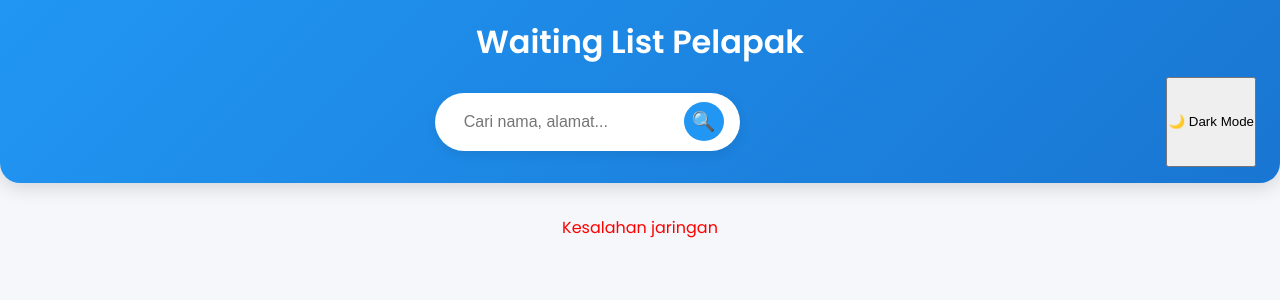
Repository: pasarrakyatbak/WaitingListforPanitia
Page: index.html
The author's editor kept a copy of each file at every save. The page is drawn from the files as they stood at one save, then again after the next save.
The browser window is 1280 px wide. The pictures show the whole page.
The page's requests for data from a server got no answer.

Above is the page before, as saved 2025-09-25 16:35:15.

### index.html
<!DOCTYPE html>
<html lang="id">

<head>
    <meta charset="UTF-8">
    <meta name="viewport" content="width=device-width, initial-scale=1.0">
    <title>Waiting List Pelapak</title>
    <link href="https://fonts.googleapis.com/css2?family=Poppins:wght@400;500;600&display=swap" rel="stylesheet">
    <link rel="stylesheet" href="style.css">
</head>

<body>
    <!-- App Bar -->
    <div class="app-bar">
        <h1>Waiting List Pelapak</h1>
        <div class="header-actions">
            <div class="search-container">
                <input type="text" id="searchInput" placeholder="Cari nama, alamat...">
                <button id="searchBtn">🔍</button>
            </div>
            <button id="darkSwitch">🌙 Dark Mode</button>
        </div>
    </div>

    <!-- Loader -->
    <div class="loader hidden" id="loader">
        <div class="spinner"></div>
        <div>Memuat data...</div>
    </div>

    <!-- List Container -->
    <div class="grid" id="listContainer"></div>

    <!-- Pagination -->
    <div class="pagination" id="pagination"></div>

    <!-- Modal -->
    <div class="modal hidden" id="modal">
        <div class="modal-content">
            <div id="modalMessage"></div>
            <div class="modal-actions">
                <button class="btn secondary" id="cancelBtn">Batal</button>
                <button class="btn primary" id="confirmBtn">
                    <span class="btn-text">Ya</span>
                    <span class="btn-spinner hidden"></span>
                </button>
            </div>
        </div>
    </div>

    <!-- Toast -->
    <div class="toast hidden" id="toast">
        <span id="toastMessage"></span>
        <button id="toastClose">✖</button>
    </div>

    <script src="script.js"></script>
</body>

</html>

### style.css
/* Reset & Global */
* {
    margin: 0;
    padding: 0;
    box-sizing: border-box;
}

body {
    font-family: "Poppins", sans-serif;
    background: #f5f7fa;
    color: #212121;
    display: flex;
    flex-direction: column;
    min-height: 100vh;
    transition: background 0.4s, color 0.4s;
    line-height: 1.6;
}

/* 🌙 Dark Mode Global */
body.dark {
    background: #121212;
    color: #e0e0e0;
}

/* App Bar */
.app-bar {
    background: linear-gradient(135deg, #2196f3, #1976d2);
    color: #fff;
    padding: 1rem 1.5rem;
    text-align: center;
    box-shadow: 0 4px 20px rgba(0, 0, 0, 0.15);
    position: sticky;
    top: 0;
    z-index: 100;
    border-bottom-left-radius: 20px;
    border-bottom-right-radius: 20px;
    transition: background 0.4s, box-shadow 0.4s;
}

.app-bar h1 {
    font-size: 1.8rem;
    font-weight: 600;
}

.header-actions {
    display: flex;
    justify-content: center;
    gap: 1rem;
    flex-wrap: wrap;
    margin-top: 0.6rem;
}

/* 🌙 Dark Mode App Bar */
body.dark .app-bar {
    background: linear-gradient(135deg, #0d47a1, #1565c0);
    box-shadow: 0 4px 20px rgba(255, 255, 255, 0.1);
}

/* 🔍 Search Container */
.search-container {
    display: flex;
    align-items: center;
    background: #fff;
    border-radius: 40px;
    padding: 0.6rem 1rem;
    box-shadow: 0 4px 12px rgba(0, 0, 0, 0.08);
    transition: all 0.3s ease;
    max-width: 500px;
    margin: 1rem auto;
}

.search-container:focus-within {
    box-shadow: 0 6px 16px rgba(33, 150, 243, 0.4);
    transform: translateY(-2px);
}

.search-container input {
    flex: 1;
    border: none;
    outline: none;
    padding: 0.6rem 0.8rem;
    font-size: 1rem;
    background: transparent;
    color: inherit;
}

.search-container button {
    background: #2196f3;
    border: none;
    color: #fff;
    font-size: 1.2rem;
    padding: 0.5rem;
    border-radius: 50%;
    cursor: pointer;
    transition: background 0.3s, transform 0.2s;
}

.search-container button:hover {
    background: #1976d2;
    transform: scale(1.1);
}

/* 🌙 Dark Mode Search */
body.dark .search-container {
    background: #1f1f1f;
    box-shadow: 0 4px 12px rgba(255, 255, 255, 0.05);
}

body.dark .search-container input {
    color: #e0e0e0;
}

body.dark .search-container button {
    background: #90caf9;
    color: #121212;
}

body.dark .search-container button:hover {
    background: #64b5f6;
}

/* 🌙 Dark Mode Toggle Button */
.dark-toggle {
    display: flex;
    align-items: center;
    justify-content: center;
    gap: 0.4rem;
    padding: 0.6rem 1rem;
    margin: 0.6rem auto;
    border: none;
    border-radius: 30px;
    background: linear-gradient(135deg, #eeeeee, #e0e0e0);
    color: #333;
    font-weight: 500;
    cursor: pointer;
    box-shadow: 0 3px 8px rgba(0, 0, 0, 0.15);
    transition: all 0.3s ease;
}

.dark-toggle:hover {
    background: linear-gradient(135deg, #e0e0e0, #d5d5d5);
    transform: translateY(-2px);
}

body.dark .dark-toggle {
    background: linear-gradient(135deg, #2c2c2c, #1e1e1e);
    color: #e0e0e0;
    box-shadow: 0 3px 8px rgba(255, 255, 255, 0.05);
}

/* Loader */
.loader {
    display: flex;
    flex-direction: column;
    align-items: center;
    margin: 2rem 0;
    gap: 0.8rem;
}

.loader.hidden {
    display: none;
}

.spinner {
    border: 4px solid #e0e0e0;
    border-top: 4px solid #2196f3;
    border-radius: 50%;
    width: 40px;
    height: 40px;
    animation: spin 1s linear infinite;
}

@keyframes spin {
    100% {
        transform: rotate(360deg);
    }
}

/* 🌙 Dark Mode Loader */
body.dark .spinner {
    border: 4px solid #444;
    border-top: 4px solid #90caf9;
}

/* Grid */
.grid {
    display: grid;
    grid-template-columns: repeat(auto-fit, minmax(260px, 1fr));
    gap: 1.5rem;
    padding: 1.5rem;
}

/* Card */
.card {
    position: relative;
    background: #fff;
    border-radius: 16px;
    padding: 1.5rem;
    box-shadow: 0 6px 20px rgba(0, 0, 0, 0.08);
    transition: transform 0.3s, box-shadow 0.3s, background 0.4s, color 0.4s;
    display: flex;
    flex-direction: column;
}

.card:hover {
    transform: translateY(-6px);
    box-shadow: 0 12px 30px rgba(0, 0, 0, 0.15);
}

.card .title {
    font-weight: 600;
    font-size: 1.5rem;
    margin-bottom: 0.5rem;
}

.card .subtitle {
    font-size: 1rem;
    color: #666;
}

/* 🌙 Dark Mode Card */
body.dark .card {
    background: #1e1e1e;
    color: #e0e0e0;
    box-shadow: 0 6px 20px rgba(255, 255, 255, 0.05);
}

body.dark .card:hover {
    box-shadow: 0 12px 30px rgba(255, 255, 255, 0.1);
}

body.dark .card .subtitle {
    color: #bdbdbd;
}

/* Modal */
.modal {
    position: fixed;
    inset: 0;
    background: rgba(0, 0, 0, 0.45);
    display: flex;
    align-items: center;
    justify-content: center;
    z-index: 1000;
}

.modal.hidden {
    display: none;
}

.modal-content {
    background: #fff;
    padding: 2rem;
    border-radius: 20px;
    max-width: 400px;
    width: 90%;
    text-align: center;
    box-shadow: 0 10px 30px rgba(0, 0, 0, 0.2);
    animation: fadeInUp 0.3s ease;
    transition: background 0.4s, color 0.4s;
}

/* 🌙 Dark Mode Modal */
body.dark .modal-content {
    background: #2a2a2a;
    color: #e0e0e0;
    box-shadow: 0 10px 30px rgba(255, 255, 255, 0.05);
}

/* Toast */
.toast {
    position: fixed;
    top: 12%;
    left: 50%;
    transform: translateX(-50%) scale(0.9);
    background: #323232;
    color: #fff;
    padding: 0.9rem 1.4rem;
    border-radius: 14px;
    font-size: 0.9rem;
    opacity: 0;
    display: flex;
    align-items: center;
    gap: 0.7rem;
    transition: opacity 0.3s, transform 0.3s;
    z-index: 2000;
}

.toast.show {
    opacity: 1;
    transform: translateX(-50%) scale(1);
}

.toast.success {
    background: #4caf50;
}

.toast.error {
    background: #f44336;
}

.toast button {
    background: transparent;
    border: none;
    color: #fff;
    font-size: 1.1rem;
    cursor: pointer;
}

/* 🌙 Dark Mode Toast */
body.dark .toast {
    background: #444;
    color: #fff;
}

body.dark .toast.success {
    background: #388e3c;
}

body.dark .toast.error {
    background: #c62828;
}

/* Pagination */
.pagination {
    display: flex;
    justify-content: center;
    gap: 0.5rem;
    margin: 1.2rem 0;
    flex-wrap: wrap;
}

.pagination button {
    padding: 0.5rem 1rem;
    border-radius: 20px;
    border: 1px solid #2196f3;
    background: #fff;
    color: #2196f3;
    cursor: pointer;
    transition: all 0.3s ease;
}

.pagination button.active {
    background: #2196f3;
    color: #fff;
}

/* 🌙 Dark Mode Pagination */
body.dark .pagination button {
    border-color: #81c784;
    color: #81c784;
    background: transparent;
}

body.dark .pagination button.active {
    background: #4caf50;
    color: #fff;
}

/* Status umum */
.card .status {
    display: inline-block;
    font-size: 0.85rem;
    font-weight: 600;
    padding: 3px 10px;
    border-radius: 20px;
    margin-bottom: 0.6rem;
}

/* Waiting */
.card.waiting {
    background: #fff8e1;
    border-left: 5px solid #fbc02d;
}

.card.waiting .status {
    background: #fbc02d;
    color: #333;
}

/* Done */
.card.done {
    background: #e8f5e9;
    border-left: 5px solid #43a047;
}

.card.done .status {
    background: #43a047;
    color: #fff;
}

/* 🌙 Dark Mode Status */
body.dark .card.waiting {
    background: #2a2618;
    border-left: 5px solid #fdd835;
}

body.dark .card.waiting .status {
    background: #fdd835;
    color: #212121;
}

body.dark .card.done {
    background: #1b2d1b;
    border-left: 5px solid #66bb6a;
}

body.dark .card.done .status {
    background: #66bb6a;
    color: #fff;
}

/* 📱 Responsif */

/* Mobile kecil */
@media (max-width: 480px) {
    .app-bar h1 {
        font-size: 1.4rem;
    }

    .header-actions {
        flex-direction: column;
        gap: 0.5rem;
    }

    .search-container {
        padding: 0.4rem 0.8rem;
    }

    .search-container input {
        font-size: 0.85rem;
    }

    .card {
        padding: 1rem;
    }

    .card .title {
        font-size: 1.2rem;
    }

    .card .subtitle {
        font-size: 0.85rem;
    }

    .btn {
        font-size: 0.8rem;
        padding: 0.5rem;
    }

    .modal-content {
        padding: 1.2rem;
    }
}

/* Tablet */
@media (max-width: 768px) {
    .app-bar h1 {
        font-size: 1.6rem;
    }

    .grid {
        grid-template-columns: repeat(auto-fit, minmax(200px, 1fr));
        gap: 1rem;
        padding: 1rem;
    }

    .card {
        padding: 1.2rem;
    }

    .pagination {
        gap: 0.3rem;
    }

    .pagination button {
        padding: 0.4rem 0.8rem;
        font-size: 0.85rem;
    }
}

/* Laptop / Desktop */
@media (min-width: 1024px) {
    .app-bar h1 {
        font-size: 2rem;
    }

    .grid {
        grid-template-columns: repeat(auto-fit, minmax(280px, 1fr));
        gap: 2rem;
        padding: 2rem;
    }

    .card {
        padding: 1.8rem;
    }
}

### script.js
const URL_API = "https://script.google.com/macros/s/AKfycby4z2qZ24SrJkcyGpybH29lSUC_3_z1LG-7wSmTzpaOEXrwjXf0Cl3hqkg95qAxPj1-/exec";

const listContainer = document.getElementById("listContainer");
const modal = document.getElementById("modal");
const modalMessage = document.getElementById("modalMessage");
const confirmBtn = document.getElementById("confirmBtn");
const cancelBtn = document.getElementById("cancelBtn");
const loader = document.getElementById("loader");
const btnText = confirmBtn.querySelector(".btn-text");
const btnSpinner = confirmBtn.querySelector(".btn-spinner");
const searchInput = document.getElementById("searchInput");
const searchBtn = document.getElementById("searchBtn");
const paginationDiv = document.getElementById("pagination");
const darkSwitch = document.getElementById("darkSwitch");

let selectedItem = null;
let selectedAction = null;
let selectedCardButton = null;
let currentPage = 1;
let totalPages = 1;
let currentKeyword = "";
let searchTimeout = null;

let allData = []; // cache semua data

// Loader & Spinner
const showLoader = () => loader.classList.remove("hidden");
const hideLoader = () => loader.classList.add("hidden");
const setButtonLoading = (state) => {
    btnText.textContent = state ? "Memproses..." : "Ya";
    btnSpinner.classList.toggle("hidden", !state);
    confirmBtn.disabled = state;
};

// Fetch data dari API sekali saja
async function fetchData(limit = 1000) {
    const url = `${URL_API}?action=waitingList&page=1&limit=${limit}`;
    const res = await fetch(url);
    return res.json();
}

// Load data (dengan filter lokal)
async function loadData(page = 1, limit = 10, keyword = "") {
    showLoader();
    try {
        // fetch hanya sekali saat awal
        if (allData.length === 0) {
            const json = await fetchData(1000); // ambil banyak sekaligus
            if (json.success) {
                allData = json.data;
            } else {
                listContainer.innerHTML = `<p style="text-align:center;">Data kosong</p>`;
                hideLoader();
                return;
            }
        }

        // filter lokal
        const filtered = keyword
            ? allData.filter(item =>
                item.nama.toLowerCase().includes(keyword.toLowerCase()) ||
                item.alamat.toLowerCase().includes(keyword.toLowerCase()) ||
                item.jualan.toLowerCase().includes(keyword.toLowerCase())
            )
            : allData;

        // pagination manual
        totalPages = Math.ceil(filtered.length / limit) || 1;
        const start = (page - 1) * limit;
        const end = start + limit;
        const paginated = filtered.slice(start, end);

        listContainer.innerHTML = "";
        if (paginated.length) {
            const fragment = document.createDocumentFragment();
            paginated.forEach(item => fragment.appendChild(createCard(item)));
            listContainer.appendChild(fragment);
            currentPage = page;
            renderPagination();
        } else {
            listContainer.innerHTML = `<p style="text-align:center;">Data tidak ditemukan</p>`;
            paginationDiv.innerHTML = "";
        }
    } catch (err) {
        console.error("Error loadData:", err);
        listContainer.innerHTML = `<p style="text-align:center; color:red;">Kesalahan jaringan</p>`;
        paginationDiv.innerHTML = "";
    } finally {
        hideLoader();
    }
}

// Create card
function createCard(item) {
    const card = document.createElement("div");
    const statusClass = item.status === "done" ? "done" : "waiting";
    const statusText = item.status === "done" ? "Done" : "Waiting List";

    card.className = `card ${statusClass}`;
    card.dataset.no = item.no;
    card.innerHTML = `
        <div class="status">${statusText}</div>
        <div class="title">${item.no}. ${item.nama}</div>
        <div class="subtitle"><strong>Alamat:</strong> ${item.alamat}</div>
        <div class="subtitle"><strong>Jualan:</strong> ${item.jualan}</div>
        <div class="subtitle"><strong>WA:</strong> ${item.nomor_wa}</div>
        <div class="actions">
            <button class="btn primary">
                <span class="btn-text">${item.status === "done" ? "Selesai ✅" : "Tandai Selesai"}</span>
                <span class="btn-card-spinner hidden"></span>
            </button>
            <button class="btn danger">
                <span class="btn-text">Hapus</span>
                <span class="btn-card-spinner hidden"></span>
            </button>
        </div>
    `;
    return card;
}



// Event delegation untuk tombol Done/Hapus
listContainer.addEventListener("click", (e) => {
    const card = e.target.closest(".card");
    if (!card) return;
    const item = {
        no: card.dataset.no,
        nama: card.querySelector(".title").textContent.split(". ")[1]
    };
    if (e.target.closest(".btn.primary")) {
        selectedItem = item;
        selectedAction = "done";
        selectedCardButton = e.target.closest(".btn.primary");
        modalMessage.textContent = `Tandai "${item.nama}" sebagai Done?`;
        modal.classList.remove("hidden");
    } else if (e.target.closest(".btn.danger")) {
        selectedItem = item;
        selectedAction = "delete";
        selectedCardButton = e.target.closest(".btn.danger");
        modalMessage.textContent = `Hapus "${item.nama}" dari waiting list?`;
        modal.classList.remove("hidden");
    }
});

// Modal cancel
cancelBtn.addEventListener("click", resetModal);

// Modal confirm
confirmBtn.addEventListener("click", async () => {
    if (!selectedItem || !selectedAction) return resetModal();
    const actionApi = selectedAction === "done" ? "approveWaitingList" : "deleteWaitingList";

    setButtonLoading(true);
    const spinnerCard = selectedCardButton.querySelector(".btn-card-spinner");
    selectedCardButton.disabled = true;
    spinnerCard.classList.remove("hidden");

    try {
        const res = await fetch(URL_API, {
            method: "POST",
            body: new URLSearchParams({ action: actionApi, no: selectedItem.no })
        });
        const json = await res.json();
        if (json.success) {
            showToast(`"${selectedItem.nama}" berhasil ${selectedAction === "done" ? 'ditandai Done ✅' : 'dihapus ❌'}`, "success");

            // 🔑 refresh data supaya sesuai dengan sheet
            allData = [];
            await loadData(currentPage, 10, currentKeyword);
        } else {
            showToast(json.message || "Gagal update data", "error");
        }
    } catch (err) {
        console.error("Error confirm:", err);
        showToast("Kesalahan jaringan", "error");
    } finally {
        setButtonLoading(false);
        spinnerCard.classList.add("hidden");
        selectedCardButton.disabled = false;
        resetModal();
    }
});

function resetModal() {
    modal.classList.add("hidden");
    selectedItem = null;
    selectedAction = null;
    selectedCardButton = null;
}

// Update card
function markAsDone(no) {
    const card = listContainer.querySelector(`.card[data-no="${no}"]`);
    if (card) card.classList.add("done");
}
function removeCard(no) {
    const card = listContainer.querySelector(`.card[data-no="${no}"]`);
    if (card) card.remove();
}

// Toast
function showToast(message, type = "success") {
    const toast = document.getElementById("toast");
    const toastMessage = document.getElementById("toastMessage");
    const toastClose = document.getElementById("toastClose");
    toastMessage.textContent = message;
    toast.className = `toast ${type} show`;
    const timer = setTimeout(() => { toast.className = "toast hidden"; }, 3000);
    toastClose.onclick = () => { clearTimeout(timer); toast.className = "toast hidden"; };
}

// Pagination
function renderPagination() {
    paginationDiv.innerHTML = "";
    for (let i = 1; i <= totalPages; i++) {
        const btn = document.createElement("button");
        btn.textContent = i;
        if (i === currentPage) btn.classList.add("active");
        btn.addEventListener("click", () => loadData(i, 10, currentKeyword));
        paginationDiv.appendChild(btn);
    }
}

// Search dengan debounce (filter lokal)
searchBtn.addEventListener("click", () => triggerSearch());
searchInput.addEventListener("input", () => triggerSearch());
function triggerSearch() {
    clearTimeout(searchTimeout);
    searchTimeout = setTimeout(() => {
        currentKeyword = searchInput.value.trim();
        loadData(1, 10, currentKeyword);
    }, 300);
}

// Dark mode
if (localStorage.getItem("darkMode") === "true") document.body.classList.add("dark");
darkSwitch.addEventListener("click", () => {
    const isDark = document.body.classList.toggle("dark");
    localStorage.setItem("darkMode", isDark);
    darkSwitch.textContent = isDark ? "☀️ Light Mode" : "🌙 Dark Mode";
});

// Load awal
window.addEventListener("DOMContentLoaded", () => loadData());

After the next save:
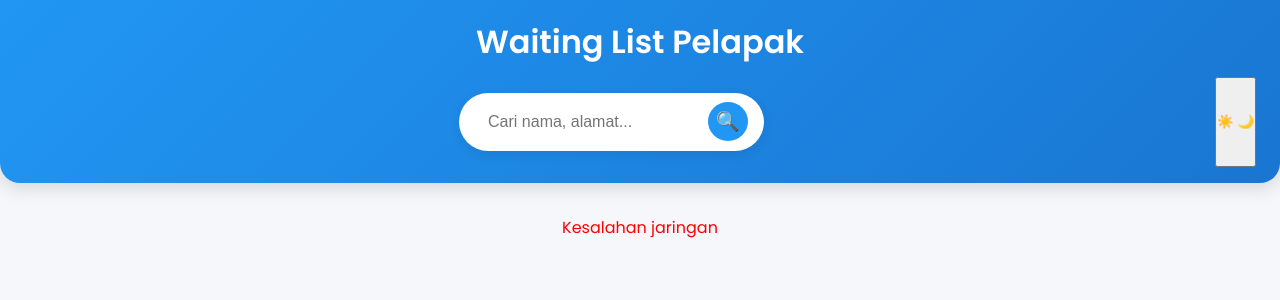
Saved 43 s later.
--- a/index.html
+++ b/index.html
@@ -14,11 +14,19 @@
     <div class="app-bar">
         <h1>Waiting List Pelapak</h1>
         <div class="header-actions">
+            <!-- Search -->
             <div class="search-container">
                 <input type="text" id="searchInput" placeholder="Cari nama, alamat...">
-                <button id="searchBtn">🔍</button>
+                <button id="searchBtn" aria-label="Cari">
+                    <span class="icon">🔍</span>
+                </button>
             </div>
-            <button id="darkSwitch">🌙 Dark Mode</button>
+
+            <!-- Toggle Dark Mode -->
+            <button id="darkSwitch" class="toggle-dark" aria-label="Ganti tema">
+                <span class="icon sun">☀️</span>
+                <span class="icon moon">🌙</span>
+            </button>
         </div>
     </div>
 
